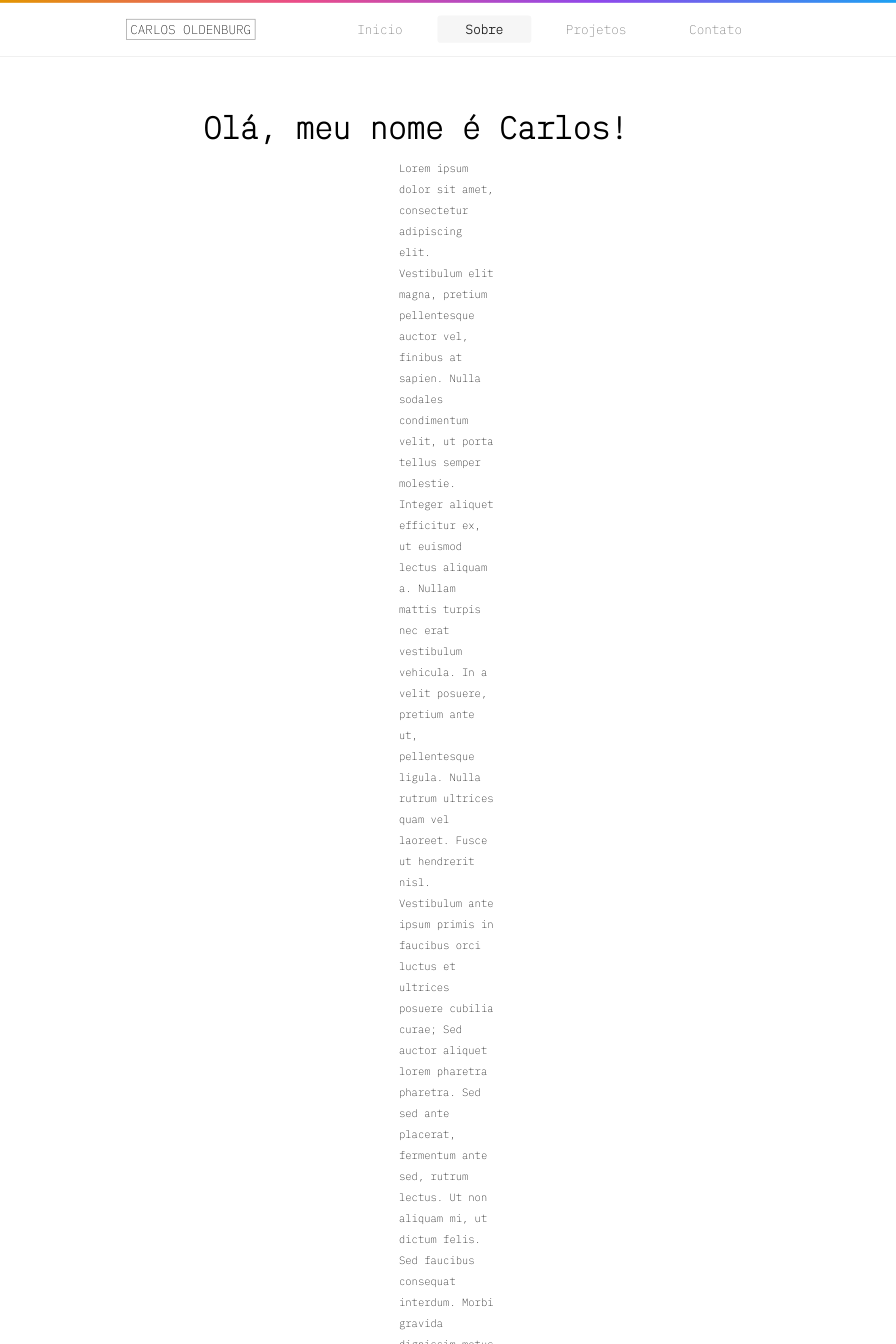
Repository: Carolden/PortfolioCrie
Page: sobre.html
The author's editor kept a copy of each file at every save. The page is drawn from the files as they stood at one save, then again after the next save.
The browser window is 1280 px wide. The pictures show the part of the page from y = 0 to 1920 px (the page is 3350 px tall before and 4276 px after), at 70% of full size.

Above is the page before, as saved 2023-05-24 10:11:16.

### sobre.html
<!DOCTYPE html>
<html lang="pt-BR">
<head>
    <meta charset="UTF-8">
    <meta http-equiv="X-UA-Compatible" content="IE=edge">
    <meta name="viewport" content="width=device-width, initial-scale=1.0">
    <title>Carlos Eduardo Oldenburg</title>

    <link rel="stylesheet" href="styles/base/reset.css">
    <link rel="stylesheet" href="styles/base/body.css">
    <link rel="stylesheet" href="styles/layout/container.css">
    <link rel="stylesheet" href="styles/layout/footer.css">
    <link rel="stylesheet" href="styles/layout/header.css">
    <link rel="stylesheet" href="styles/layout/index__section.css">
    <link rel="stylesheet" href="styles/components/about__text.css">
    <link rel="stylesheet" href="styles/components/header__a.css">
    <link rel="stylesheet" href="styles/components/header__nav.css">
    <link rel="stylesheet" href="styles/components/hr.css">
    <link rel="stylesheet" href="styles/components/name__box.css">
    <link rel="stylesheet" href="styles/components/project__index.css">
    <link rel="stylesheet" href="styles/components/section__contact.css">
    <link rel="stylesheet" href="styles/components/section__image.css">
    <link rel="stylesheet" href="styles/components/section__p.css">
    <link rel="stylesheet" href="styles/components/section__title.css">
    <link rel="stylesheet" href="sobre.html">

    <link rel="preconnect" href="https://fonts.googleapis.com">
    <link rel="preconnect" href="https://fonts.gstatic.com" crossorigin>
    <link href="https://fonts.googleapis.com/css2?family=IBM+Plex+Mono:wght@200&family=Open+Sans:wght@800&display=swap" rel="stylesheet">
    <link rel="stylesheet" href="https://cdnjs.cloudflare.com/ajax/libs/font-awesome/6.4.0/css/all.min.css">

</head>
<body>

    <header class="header">

        <div class="name__container">
            <h2 class="name__box">CARLOS OLDENBURG</h2>
        </div>

        <nav class="header__nav">
            <a href="index.html" class="header__a">Inicio</a>
            <a href="sobre.html" class="header__a active"> Sobre</a>
            <a href="#" class="header__a">Projetos</a>
            <a href="#" class="header__a">Contato</a>
        </nav>

    </header>

    <section>

        <div class="about__text">

        <h1 class="section__title section--align">Olá, meu nome é Carlos!</h1>
        <p class="section__p about--p">Lorem ipsum dolor sit amet, consectetur adipiscing elit. Vestibulum elit magna, pretium pellentesque auctor vel, finibus at sapien. Nulla sodales condimentum velit, ut porta tellus semper molestie. Integer aliquet efficitur ex, ut euismod lectus aliquam a. Nullam mattis turpis nec erat vestibulum vehicula.

            In a velit posuere, pretium ante ut, pellentesque ligula. Nulla rutrum ultrices quam vel laoreet. Fusce ut hendrerit nisl. Vestibulum ante ipsum primis in faucibus orci luctus et ultrices posuere cubilia curae; Sed auctor aliquet lorem pharetra pharetra. Sed sed ante placerat, fermentum ante sed, rutrum lectus. Ut non aliquam mi, ut dictum felis.

            Sed faucibus consequat interdum. Morbi gravida dignissim metus in commodo. Etiam diam ligula, tempus quis nisi et, placerat tincidunt orci. Quisque luctus, nisi a pharetra bibendum, augue metus gravida lectus, ac dapibus lorem magna ac lacus. Vivamus sit amet porttitor est, nec tempus est.

            Mauris nec porta magna, rutrum scelerisque odio. Duis maximus venenatis facilisis. Vestibulum dignissim egestas lacinia. Etiam faucibus convallis vulputate. Donec faucibus tincidunt pulvinar. Mauris rhoncus dolor et purus vulputate, non porttitor dolor laoreet.</p>

        </div>



    </section>




























    <footer class="footer">

        <div class="name__container footer__column">

            <h2 class="name__box name--footer">CARLOS OLDENBURG</h2>
            <p class="footer__p">©2022 Todos direitos reservados</p>

        </div>

        <div class="footer__column footer__icons">

            <i class="fa-brands fa-twitter contact__icon"></i>
            <i class="fa-brands fa-facebook-f contact__icon"></i>
            <i class="fa-brands fa-github contact__icon"></i>

        </div>

    </footer>

</body>
</html>

### styles/base/body.css
body {
    font-family: 'IBM Plex Mono', monospace;
    overflow-y: scroll;
}

### styles/layout/container.css
.container {
    padding: 0 290px 0 290px;
}

### styles/layout/footer.css
.footer {
    display: flex;
    box-sizing: border-box;
    align-items: center;
    border-top: 1px solid #EAEAEA;
    margin-top: 80px;
    align-items: center;
}

.name--footer {
    margin: 40px 550px 20px 180px;
}

footer p {
    margin: 0 0 40px 180px;
}

.footer__column {
    width: 50%;
}

.footer__icons {
    text-align: center;
}

### styles/layout/header.css
.header {
    display: flex;
    justify-content: space-between;
    height: 80px;
    width: 100%;
    left: 0px;
    top: 4px;
    border-radius: 0px;
    box-sizing: border-box;
    /* position: absolute; */
    align-items: center;
    border-top: 4px;
    border-image: linear-gradient(to right, #E39600, #EA4C89, #8F48EB, #1DA1F2) 1;
    border-style: solid;
}

### styles/layout/index__section.css
.index__section {
    display: flex;
    flex-direction: column;
    align-items: center;
    border-top: 1px solid #EAEAEA;
    padding: 80px 0 50px 0;
}

### styles/components/about__text.css
.about__text {
    display: flex;
    padding: 80px 290px 0 290px;
    align-items: left;
    flex-direction: column;
    border-top: 1px solid #EAEAEA;
}

### styles/components/header__a.css
.header__a {
    padding: 40px;
    text-decoration: none;
    color: #6C6C6C;
    font-size: 18px;
}

.active {
    color: #242424;
    font-weight: 600;
    background: #F6F6F6;
    border-radius: 4px;
    padding-top: 8px;
    padding-bottom: 8px;
}

### styles/components/header__nav.css
.header__nav {
    margin-right: 180px;
}

### styles/components/hr.css
.hr {
    margin: 80px 290px 80px 290px;
    color: #EAEAEA;
}

### styles/components/name__box.css
.name__box {
    border: 1px solid #9D9D9D;
    padding: 5px;
    margin-left: 180px;
    font-size: 18px;
}

### styles/components/project__index.css
.project__h2 {
    padding-bottom: 80px;
    font-size: 24px;
    font-weight: 600;
}

.project__index {
    border: 1px solid #EAEAEA;
    margin: 0 290px 20px 290px;
    display: flex;
    background-color: #FAFAFA;
}

.project__icon {
    font-size: 80px;
    padding: 40px 20px 40px 40px;
    color: #E39600;
}

.project__h3 {
    font-size: 18px;
    font-weight: 600;
    padding: 40px 0 20px 20px;
}

.project__p {
    padding: 0 40px 40px 20px;
}

.icon--color--pink {
    color: #EA4C89;
}

### styles/components/section__contact.css
.section__contact {
    display: flex;
    margin: 0 280px 0 280px;
    align-items: center;
}

.contact__icon {
    padding: 15px;
    font-size: 20px;
    color: #9D9D9D;
}

.contact__button {
    text-decoration: none;
    padding-left: 15px;
    color: #363636;
    font-weight: 600;
    font-size: 15px;
    border: 1px solid #EAEAEA;
    border-radius: 20px;
    background: #FAFAFA;
    padding: 10px 15px;
    margin-left: 15px;
}

### styles/components/section__image.css
.section__image {
    width: 800px;
    height: 800px;
    padding: 40px 0 55px 0;

}

### styles/components/section__p.css
.section__p {
    font-size: 15px;
    font-weight: 400;
    line-height: 30px;
    letter-spacing: 0em;
    text-align: left;
    margin: 0 280px 0 280px;
}

.about--p {
    text-align: start;
}

### styles/components/section__title.css
.section__title {
    font-size: 44px;
    font-weight: 600;
}

.section--align {
    text-align: left;
    padding-bottom: 20px;
}

Loaded but not shown: styles/base/reset.css (common file)

After the next save:
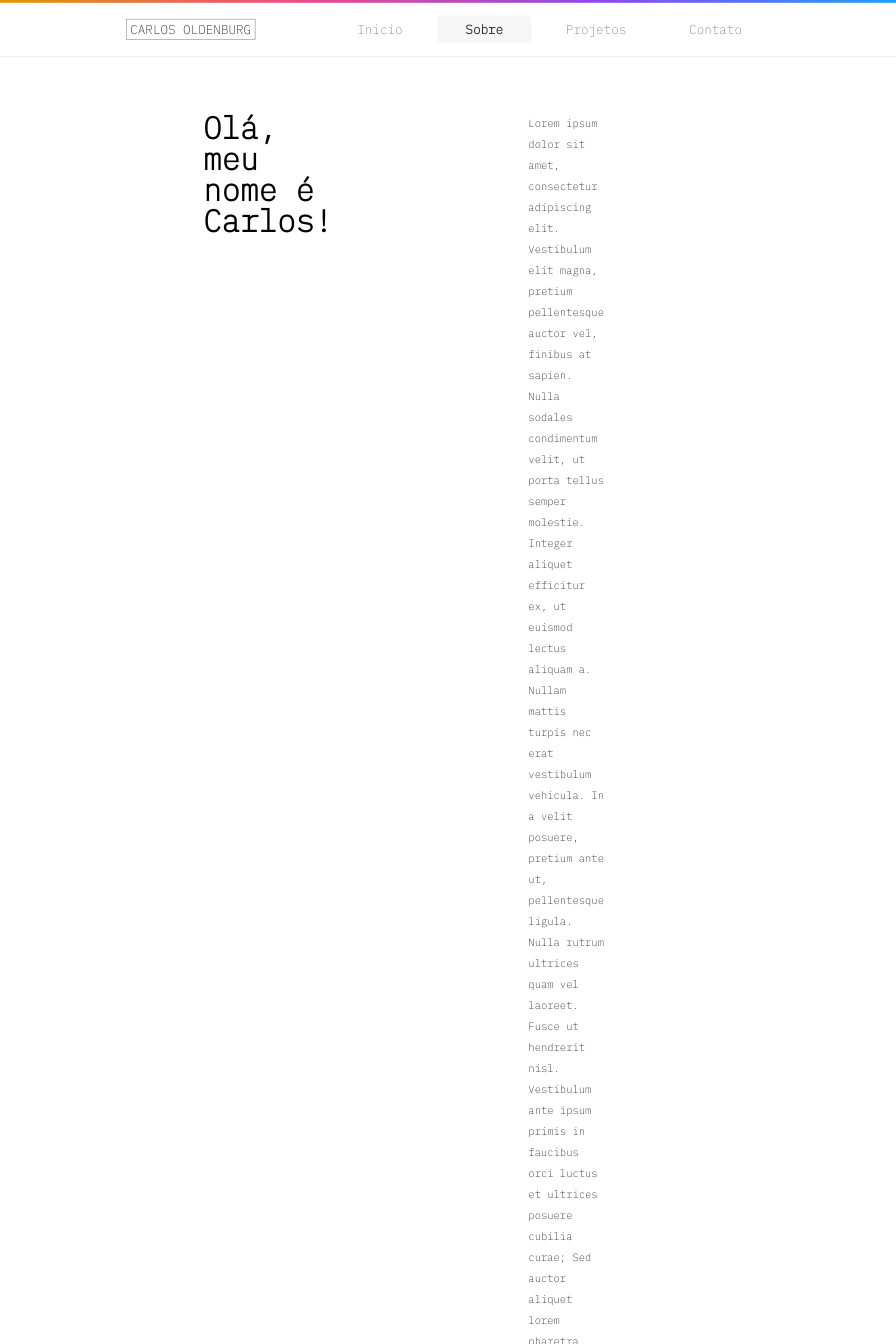
Saved 20 s later.
--- a/styles/components/about__text.css
+++ b/styles/components/about__text.css
@@ -2,6 +2,6 @@
     display: flex;
     padding: 80px 290px 0 290px;
     align-items: left;
-    flex-direction: column;
+    /* flex-direction: column; */
     border-top: 1px solid #EAEAEA;
 }

After the save that followed:
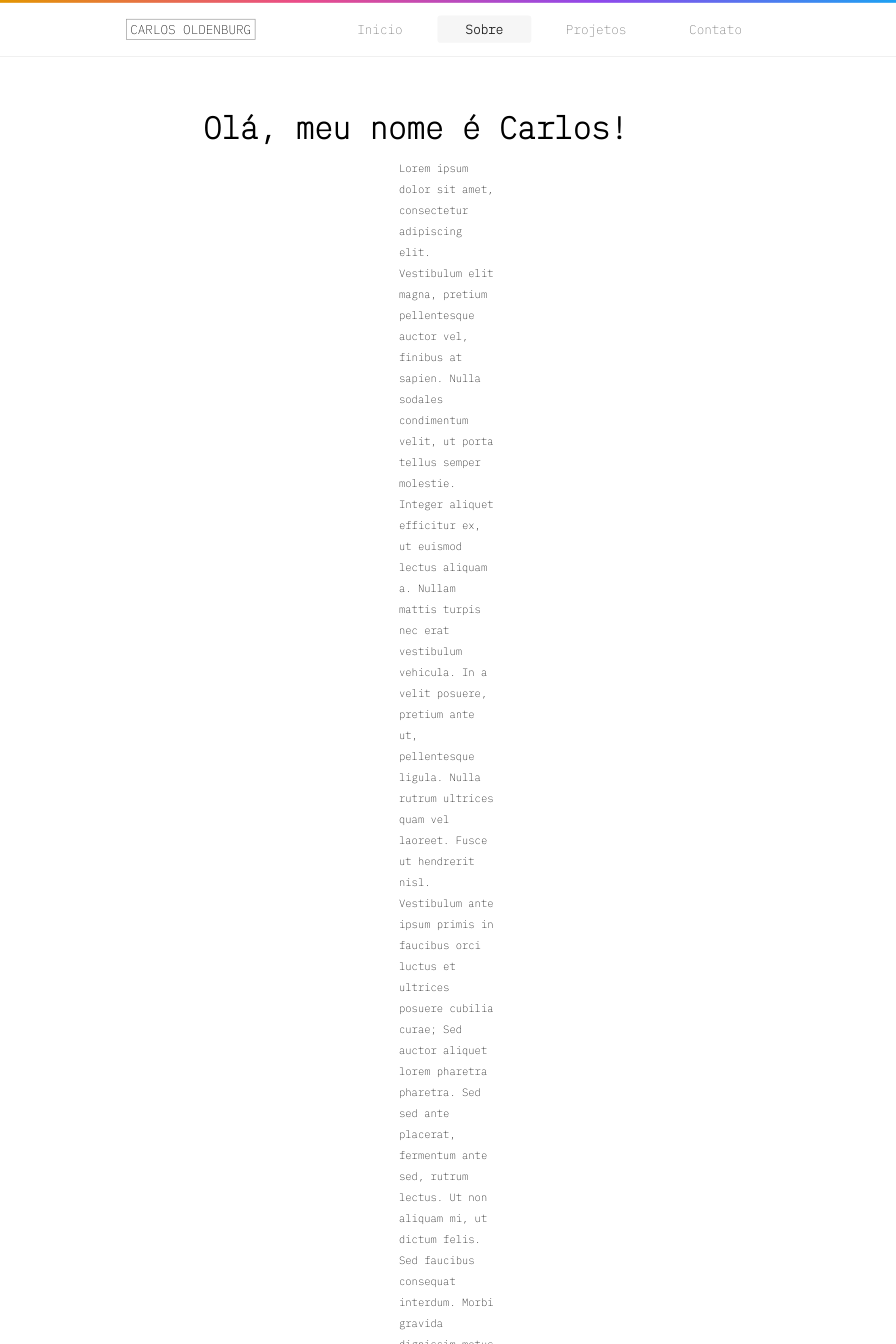
Saved 8 s later.
--- a/styles/components/about__text.css
+++ b/styles/components/about__text.css
@@ -1,7 +1,7 @@
 .about__text {
-    display: flex;
+    /* display: flex; */
     padding: 80px 290px 0 290px;
     align-items: left;
-    /* flex-direction: column; */
+    flex-direction: column;
     border-top: 1px solid #EAEAEA;
 }
